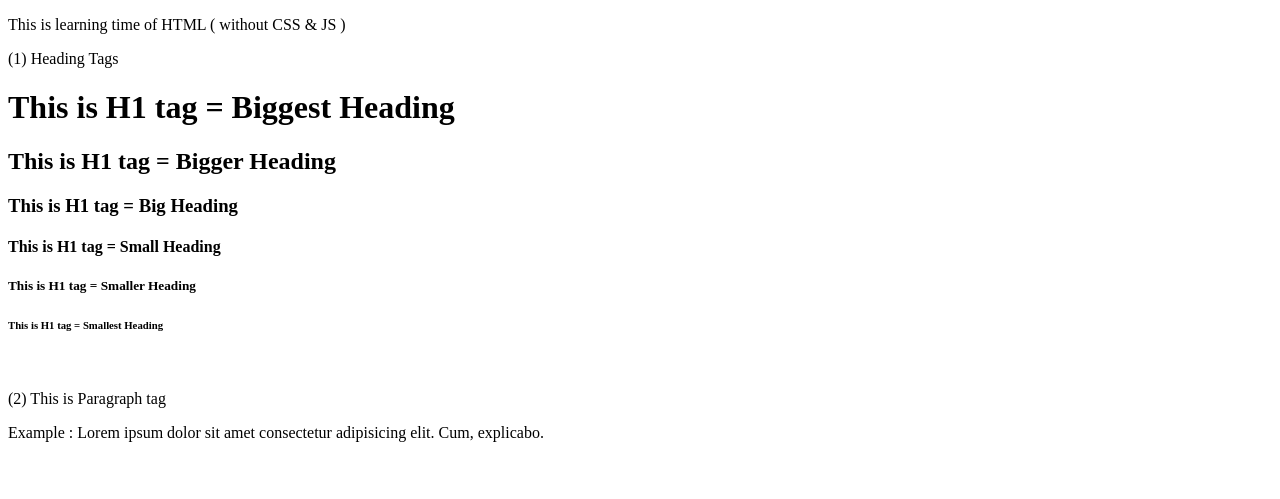
Repository: diptods/Frontend-in-60-DAYS
Page: Day01/learning/learn.html
The author's editor kept a copy of each file at every save. The page is drawn from the files as they stood at one save, then again after the next save.
The browser window is 1280 px wide. The pictures show the whole page.

Above is the page before, as saved 2026-05-28 11:44:41.

### Day01/learning/learn.html
<!DOCTYPE html>
<html lang="en">
<head>
    <meta charset="UTF-8">
    <meta name="viewport" content="width=device-width, initial-scale=1.0">
    <title>Day 01 Of Frontend Learning</title>
</head>
<body>
    <p>This is learning time of HTML ( without CSS & JS )</p>
    <p>(1) Heading Tags</p>
    <h1>This is H1 tag = Biggest Heading</h1>
    <h2>This is H1 tag = Bigger Heading</h2>
    <h3>This is H1 tag = Big Heading</h3>
    <h4>This is H1 tag = Small Heading</h4>
    <h5>This is H1 tag = Smaller Heading</h5>
    <h6>This is H1 tag = Smallest Heading</h6>
    <br>
    <p>(2) This is Paragraph tag</p>
    <p>Example : Lorem ipsum dolor sit amet consectetur adipisicing elit. Cum, explicabo.</p>

</body>
</html>

After the next save:
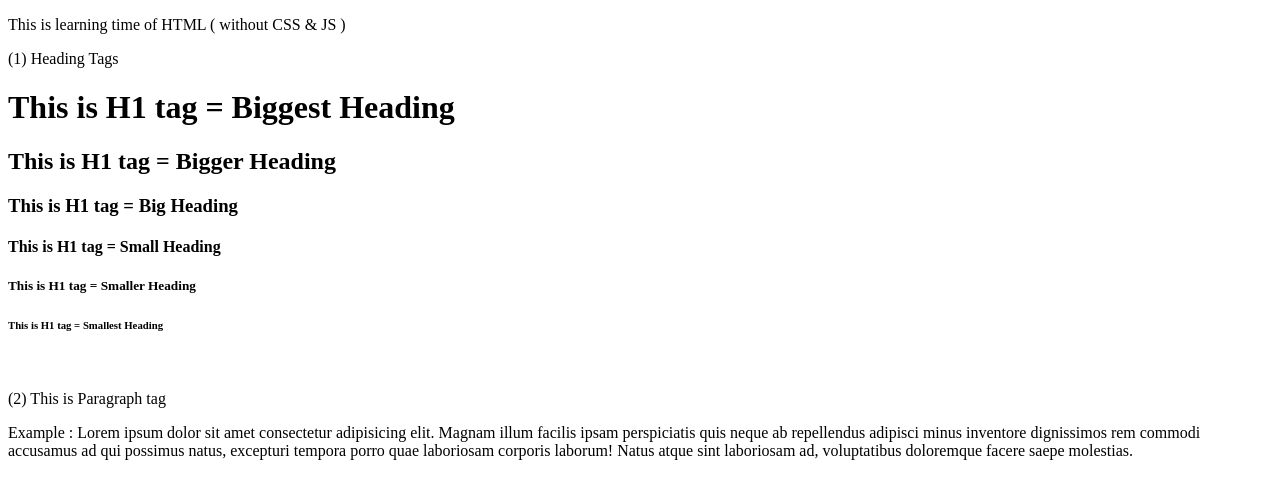
Saved 19 s later.
--- a/Day01/learning/learn.html
+++ b/Day01/learning/learn.html
@@ -16,7 +16,7 @@
     <h6>This is H1 tag = Smallest Heading</h6>
     <br>
     <p>(2) This is Paragraph tag</p>
-    <p>Example : Lorem ipsum dolor sit amet consectetur adipisicing elit. Cum, explicabo.</p>
+    <p>Example : Lorem ipsum dolor sit amet consectetur adipisicing elit. Magnam illum facilis ipsam perspiciatis quis neque ab repellendus adipisci minus inventore dignissimos rem commodi accusamus ad qui possimus natus, excepturi tempora porro quae laboriosam corporis laborum! Natus atque sint laboriosam ad, voluptatibus doloremque facere saepe molestias.</p>
 
 </body>
 </html>
